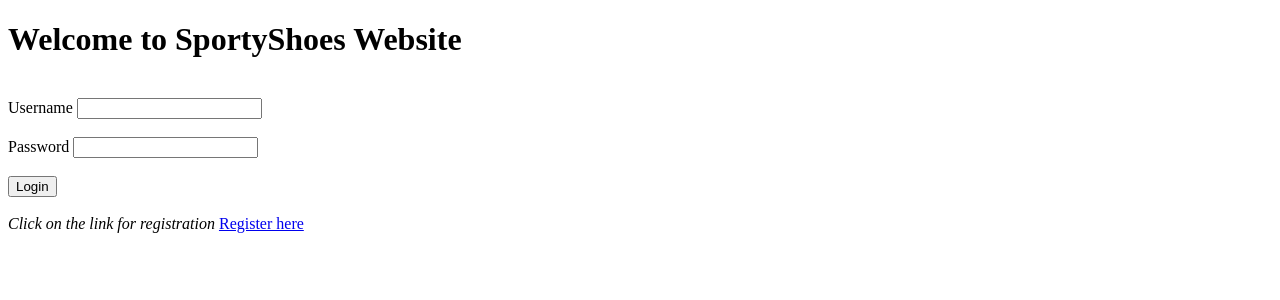
Repository: SwatiJajoriya/JPAForeignKey
Page: http://localhost/SportyShoes/userlogin.jsp
The author's editor kept a copy of each file at every save. The page is drawn from the files as they stood at one save, then again after the next save.
The browser window is 1280 px wide. The pictures show the whole page.
The page is served by Tomcat 9. Other server files are loaded and not shown.

Above is the page before, as saved 2023-01-29 11:40:48.

### SportyShoes/src/main/webapp/userlogin.jsp
<%@ page language="java" contentType="text/html; charset=ISO-8859-1"
    pageEncoding="ISO-8859-1"%>
    <%@page import="com.ecommerce.demo.POJO.*" %>
<!DOCTYPE html>
<html>
<head>
<meta charset="ISO-8859-1">
<title>Insert title here</title>
</head>
<body>


<h1>Welcome to SportyShoes Website</h1>
<br>

<form action="userlogin">

Username <input type="text" name="username"><br><br>

Password <input type="password" name="password"><br><br>

<input type="submit" value="Login">
<br><br>
<i>Click on the link for registration</i>
<a href="registeruser.jsp">Register here </a>
</form>
</body>
</html>

After the next save:
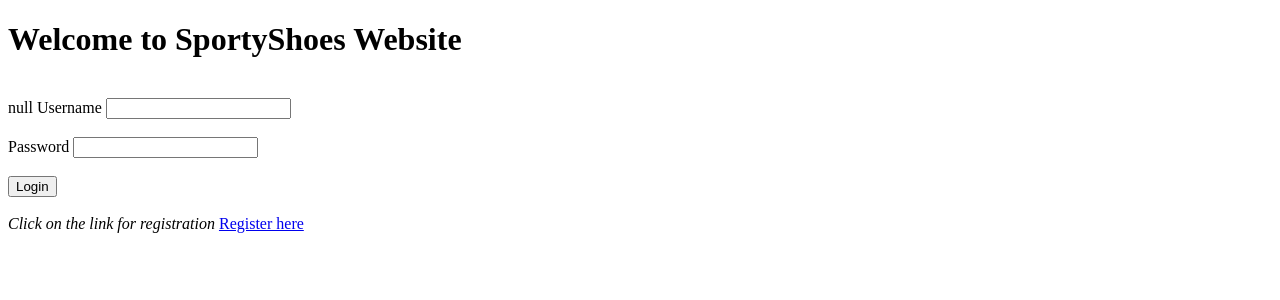
Saved 30 s later.
--- a/SportyShoes/src/main/webapp/userlogin.jsp
+++ b/SportyShoes/src/main/webapp/userlogin.jsp
@@ -14,6 +14,7 @@
 <br>
 
 <form action="userlogin">
+<%=request.getAttribute("msg")%>
 
 Username <input type="text" name="username"><br><br>
 
